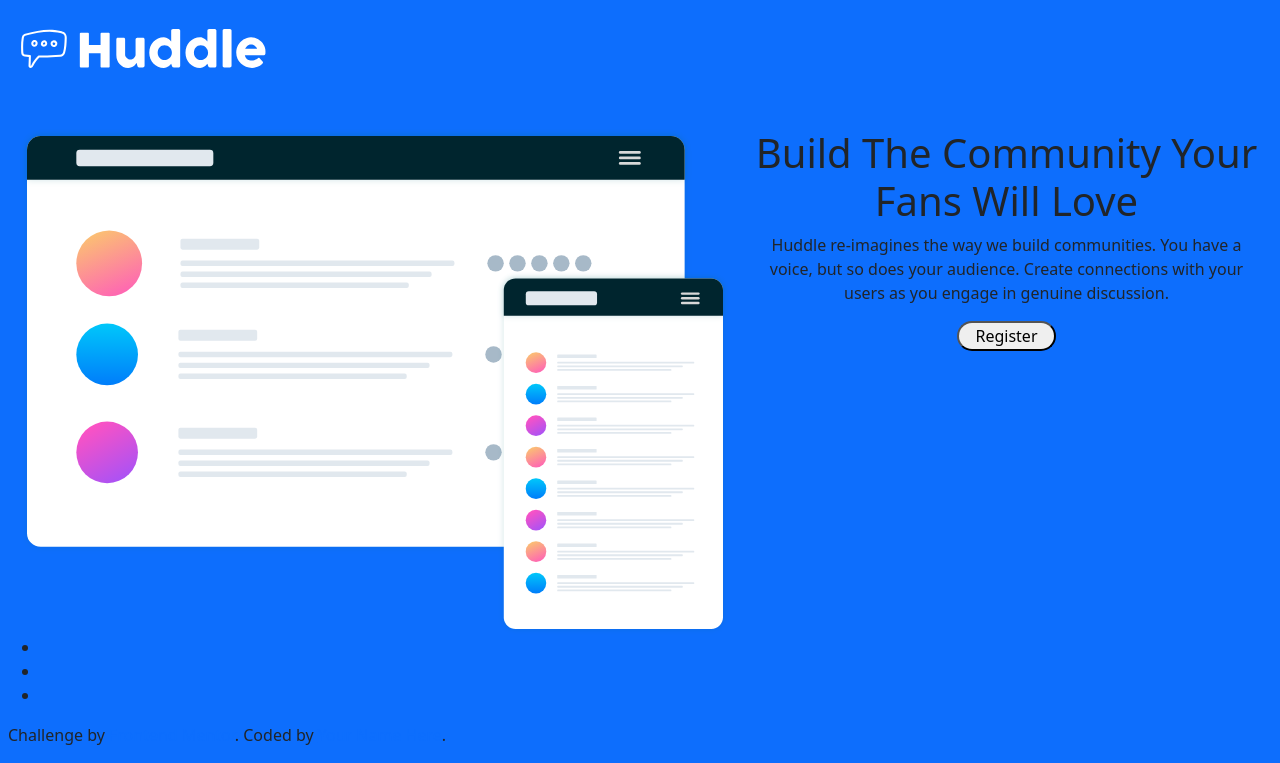
Repository: blordeus/huddle-landing-page-with-single-introductory-section-master
Page: index.html
These files come from the project's save history. The page is drawn as it stood at one moment and after a run of saves; the edit follows.
The browser window is 1280 px wide. The pictures show the whole page.

Above is the page before, as saved 2023-08-31 19:24:44.

### index.html
<!DOCTYPE html>
<html lang="en">
<head>
  <meta charset="UTF-8">
  <meta name="viewport" content="width=device-width, initial-scale=1.0"> <!-- displays site properly based on user's device -->

  <link rel="icon" type="image/png" sizes="32x32" href="./images/favicon-32x32.png">
  <link href="https://cdn.jsdelivr.net/npm/bootstrap@5.3.1/dist/css/bootstrap.min.css" rel="stylesheet" integrity="sha384-4bw+/aepP/YC94hEpVNVgiZdgIC5+VKNBQNGCHeKRQN+PtmoHDEXuppvnDJzQIu9" crossorigin="anonymous">

  <title>Frontend Mentor | Huddle landing page with single introductory section</title>

</head>
<body class="bg-primary mx-2 my-3">

  <header class="mb-5">
    <img src="./images/logo.svg" alt="">
  </header>

  <section class="container-fluid text-center">
    <div class="row">
      <div class="col">
        <img src="./images/illustration-mockups.svg" alt="illustration mockups">
      </div>
      <div class="col">
        <h1>Build The Community Your Fans Will Love</h1>
        <p>
          Huddle re-imagines the way we build communities. You have a voice, but so does your audience.
          Create connections with your users as you engage in genuine discussion.
        </p>
        <button class="rounded-pill px-3 px-1">Register</button>
      </div>
    </div>
  </section>

  <div class="icons flex">
    <ul>
      <li><i class="fas fa-facebook"></i></li>
      <li><i class="fas fa-twitter"></i></li>
      <li><i class="fas fa-instagram"></i></li>
      <fa5-1></fa5-1>
    </ul>
  </div>

  <footer>
    <p class="attribution">
      Challenge by <a href="https://www.frontendmentor.io?ref=challenge" target="_blank">Frontend Mentor</a>.
      Coded by <a href="#">Your Name Here</a>.
    </p>
  </footer>
</body>
</html>

After the next 3 saves:
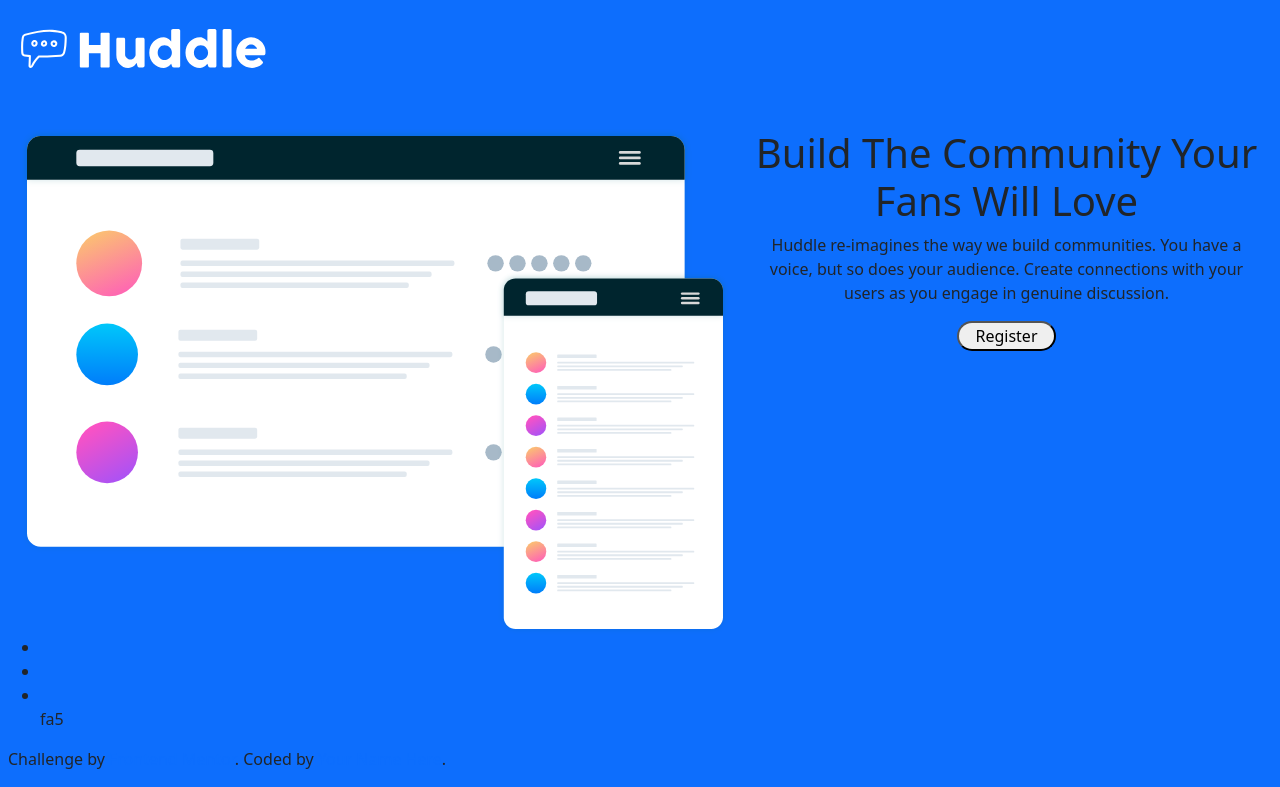
The 3 saves are shown as one change because they came seconds apart.
The last was saved 9 s later.
--- a/index.html
+++ b/index.html
@@ -37,7 +37,7 @@
       <li><i class="fas fa-facebook"></i></li>
       <li><i class="fas fa-twitter"></i></li>
       <li><i class="fas fa-instagram"></i></li>
-      <fa5-1></fa5-1>
+      fa5
     </ul>
   </div>
 
